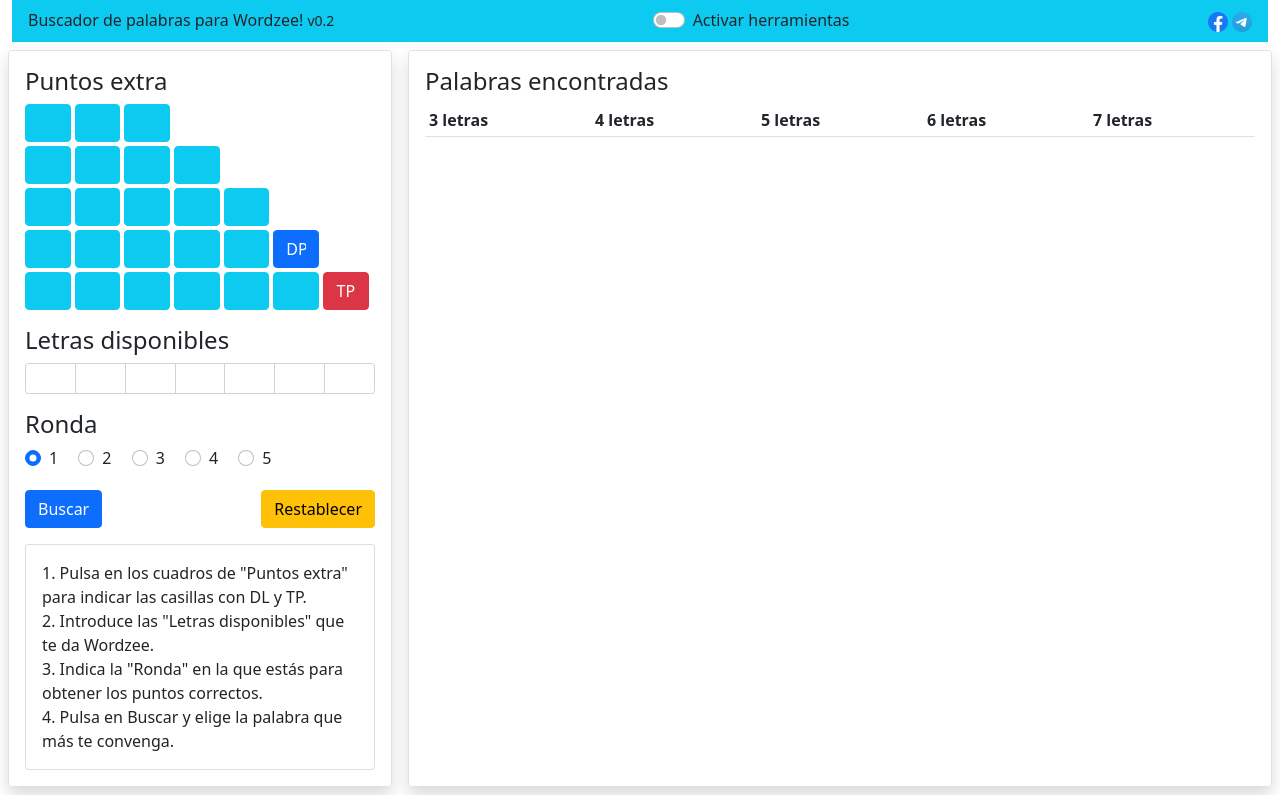
Repository: angelcafe/wordzee-bp_javascript
Page: index.html
The author's editor kept a copy of each file at every save. The page is drawn from the files as they stood at one save, then again after the next save.
The browser window is 1280 px wide. The pictures show the whole page.

Above is the page before, as saved 2021-10-25 14:43:04.

### index.html
<!DOCTYPE html>
<html lang="es">

<head>
    <meta charset="UTF-8">
    <meta name="description" content="Buscador de palabras para el juego Wordzee!.">
    <meta name="theme-color" content="#0dcaf0"/>
    <meta name="viewport" content="width=device-width, initial-scale=1">
    <meta http-equiv="Expires" content="0">
    <meta http-equiv="Last-Modified" content="0">
    <meta http-equiv="Cache-Control" content="no-cache, mustrevalidate">
    <meta http-equiv="Pragma" content="no-cache">
    <link rel="icon" href="wordzee.png" type="image/png" />
    <link rel="stylesheet" href="bootstrap.min.css">
    <link rel="stylesheet" href="index.css">
    <title>Busca palabras</title>
</head>

<body>
    <div id="liveAlertPlaceholder"></div>
    <div class="container-fluid">
        <!-- Cabecera -->
        <nav class="nav d-flex justify-content-between bg-info">
            <li class="nav-item">
                <span class="nav-link text-dark">Buscador de palabras para Wordzee! <small>v0.2</small></span>
            </li>
            <li class="nav-item">
                <div class="nav-link text-dark form-check form-switch">
                    <input class="form-check-input" type="checkbox" role="switch" id="idActivarHerramientas">
                    <label class="form-check-label" for="idActivarHerramientas">Activar herramientas</label>
                </div>
            </li>
            <li class="nav-item">
                <span class="nav-link">
                    <a href="https://www.facebook.com/BuscaPalabras-para-Wordzee-106324508497974" target="_blank" rel="noopener"><img src="facebook.png" height="20" width="20" alt="Facebook"></a>
                    <a href="https://t.me/buscadorwordzee" target="_blank" rel="noopener"><img src="telegram.png" height="20" width="20" alt="Telegram"></a>
                </span>
            </li>
        </nav>
        <div class="row">
            <!-- Principal -->
            <div class="col border shadow rounded m-2 p-3 principal">
                <form>
                    <div id="idPuntosExtra">
                        <h4>Puntos extra</h4>
                        <div class="p-0 mb-1">
                            <input type="text" name="pal3let1" class="btn btn-info" value="" readonly>
                            <input type="text" name="pal3let2" class="btn btn-info" value="" readonly>
                            <input type="text" name="pal3let3" class="btn btn-info" value="" readonly>
                        </div>
                        <div class="p-0 mb-1">
                            <input type="text" name="pal4let1" class="btn btn-info" value="" readonly>
                            <input type="text" name="pal4let2" class="btn btn-info" value="" readonly>
                            <input type="text" name="pal4let3" class="btn btn-info" value="" readonly>
                            <input type="text" name="pal4let4" class="btn btn-info" value="" readonly>
                        </div>
                        <div class="p-0 mb-1">
                            <input type="text" name="pal5let1" class="btn btn-info" value="" readonly>
                            <input type="text" name="pal5let2" class="btn btn-info" value="" readonly>
                            <input type="text" name="pal5let3" class="btn btn-info" value="" readonly>
                            <input type="text" name="pal5let4" class="btn btn-info" value="" readonly>
                            <input type="text" name="pal5let5" class="btn btn-info" value="" readonly>
                        </div>
                        <div class="p-0 mb-1">
                            <input type="text" name="pal6let1" class="btn btn-info" value="" readonly>
                            <input type="text" name="pal6let2" class="btn btn-info" value="" readonly>
                            <input type="text" name="pal6let3" class="btn btn-info" value="" readonly>
                            <input type="text" name="pal6let4" class="btn btn-info" value="" readonly>
                            <input type="text" name="pal6let5" class="btn btn-info" value="" readonly>
                            <input type="text" name="pal6let6" class="btn btn-info" value="" readonly>
                        </div>
                        <div class="p-0 mb-3">
                            <input type="text" name="pal7let1" class="btn btn-info" value="" readonly>
                            <input type="text" name="pal7let2" class="btn btn-info" value="" readonly>
                            <input type="text" name="pal7let3" class="btn btn-info" value="" readonly>
                            <input type="text" name="pal7let4" class="btn btn-info" value="" readonly>
                            <input type="text" name="pal7let5" class="btn btn-info" value="" readonly>
                            <input type="text" name="pal7let6" class="btn btn-info" value="" readonly>
                            <input type="text" name="pal7let7" class="btn btn-info" value="" readonly>
                        </div>
                    </div>
                    <div id="idLetrasDisponibles">
                        <h4>Letras disponibles</h4>
                        <div class="input-group input-group-sm mb-3" id="letras">
                            <input type="text" name="letra1" size="1" maxlength="1" autocomplete="off" required="required" class="form-control text-uppercase" value="">
                            <input type="text" name="letra2" size="1" maxlength="1" autocomplete="off" required="required" class="form-control text-uppercase" value="">
                            <input type="text" name="letra3" size="1" maxlength="1" autocomplete="off" required="required" class="form-control text-uppercase" value="">
                            <input type="text" name="letra4" size="1" maxlength="1" autocomplete="off" required="required" class="form-control text-uppercase" value="">
                            <input type="text" name="letra5" size="1" maxlength="1" autocomplete="off" required="required" class="form-control text-uppercase" value="">
                            <input type="text" name="letra6" size="1" maxlength="1" autocomplete="off" required="required" class="form-control text-uppercase" value="">
                            <input type="text" name="letra7" size="1" maxlength="1" autocomplete="off" required="required" class="form-control text-uppercase" value="">
                        </div>
                    </div>
                    <div id="idRonda">
                        <h4>Ronda</h4>
                        <div class="form-check form-check-inline mb-3">
                            <input type="radio" name="ronda" value="1" class="form-check-input" checked>
                            <label class="form-check-label" for="idRonda1">1</label>
                        </div>
                        <div class="form-check form-check-inline mb-3">
                            <input type="radio" name="ronda" value="2" class="form-check-input">
                            <label class="form-check-label" for="idRonda2">2</label>
                        </div>
                        <div class="form-check form-check-inline mb-3">
                            <input type="radio" name="ronda" value="3" class="form-check-input">
                            <label class="form-check-label" for="idRonda3">3</label>
                        </div>
                        <div class="form-check form-check-inline mb-3">
                            <input type="radio" name="ronda" value="4" class="form-check-input">
                            <label class="form-check-label" for="idRonda4">4</label>
                        </div>
                        <div class="form-check form-check-inline mb-3">
                            <input type="radio" name="ronda" value="5" class="form-check-input">
                            <label class="form-check-label" for="idRonda5">5</label>
                        </div>
                    </div>
                    <div id="idBotones">
                        <div class="btn-toolbar justify-content-between mt-1">
                            <button type="button" class="btn btn-primary" onclick="buscarPalabras()">Buscar</button>
                            <button type="button" class="btn btn-warning" onclick="restablecer()">Restablecer</button>
                        </div>
                    </div>
                </form>
                <div class="card mt-3">
                    <div class="card-body">
                        1. Pulsa en los cuadros de "Puntos extra" para indicar las casillas con DL y TP.
                        <br>
                        2. Introduce las "Letras disponibles" que te da Wordzee.
                        <br>
                        3. Indica la "Ronda" en la que estás para obtener los puntos correctos.
                        <br>
                        4. Pulsa en Buscar y elige la palabra que más te convenga.
                    </div>
                </div>
            </div>
            <!-- Herramientas -->
            <div class="col border shadow rounded m-2 p-3 herramientas">
                <div id="idHerramientas">
                    <h4>Herramientas</h4>
                    <form class="row">
                        <div class="col">Palabra nueva:</div>
                        <div class="col">
                            <input name="palabraGuardar" id="palabraGuardar" type="text" minlength="3" maxlength="7" autocomplete="off" class="form-control text-uppercase" value="">
                        </div>
                        <div class="col">
                            <button id="idGuardar" type="button" class="btn btn-primary">Guardar</button>
                        </div>
                    </form>
                    <form class="row mt-3">
                        <div class="col">Borrar palabra:</div>
                        <div class="col">
                            <input name="palabraBorrar" id="palabraBorrar" type="text" minlength="3" maxlength="7" autocomplete="off" class="form-control text-uppercase" value="">
                        </div>
                        <div class="col">
                            <button id="idBorrar" type="button" class="btn btn-danger">Borrar</button>
                        </div>
                    </form>
                    <form class="row mt-3">
                        <div class="col">Exportar JSON:</div>
                        <div class="col"></div>
                        <div class="col">
                            <button type="button" onclick="palabras.exportar()" class="btn btn-primary">Exportar</button>
                        </div>
                    </form>
                    <form class="row mt-3">
                        <div class="col">Importar JSON:</div>
                        <div class="col custom-file">
                            <input type="file" class="form-control" accept=".json" id="formFile">
                            <label class="form-label" for="formFile" data-browse="Elegir"></label>
                        </div>
                        <div class="col input-group-append">
                            <button type="button" class="btn btn-warning" onclick="palabras.importar()">Importar</button>
                        </div>
                    </form>
                </div>
            </div>
            <div class="border col m-2 p-3 shadow rounded">
                <!-- Palabras sugeridas -->
                <!-- <h4>Palabras sugeridas</h4>
                <table class="table table-sm table-striped table-hover">
                    <thead>
                        <tr>
                            <th>3 letras</th>
                            <th>4 letras</th>
                            <th>5 letras</th>
                            <th>6 letras</th>
                            <th>7 letras</th>
                        </tr>
                    </thead>
                    <tbody>
                        <tr>
                            <td class="noselect"></td>
                            <td class="noselect"></td>
                            <td class="noselect"></td>
                            <td class="noselect"></td>
                            <td class="noselect"></td>
                        </tr>
                    </tbody>
                </table> -->
                <!-- Palabras encontradas -->
                <h4>Palabras encontradas</h4>
                <table class="table table-sm table-striped table-hover">
                    <thead>
                        <tr>
                            <th>3 letras</th>
                            <th>4 letras</th>
                            <th>5 letras</th>
                            <th>6 letras</th>
                            <th>7 letras</th>
                        </tr>
                    </thead>
                    <tbody id="idPalabrasEncontradas"></tbody>
                </table>
            </div>
        </div>
    </div>
    <div id="modalAlert" class="modal fade" tabindex="-1">
        <div class="modal-dialog">
            <div class="modal-content">
                <div class="modal-header">
                    <h5 class="modal-title"></h5>
                    <button type="button" class="close" data-dismiss="modal" aria-label="Close"></button>
                </div>
                <div class="modal-body">
                    <p>Importación finalizada.</p>
                </div>
                <div class="modal-footer">
                    <button type="button" class="close" data-dismiss="modal" aria-label="Cerrar">
                        <span aria-hidden="true">&times;</span>
                    </button>
                </div>
            </div>
        </div>
    </div>
    <div id="menu">
        <div>
            <i class="bi bi-eraser-fill"></i> Borrar <span id="idBorrarPalabra"></span> de la Base de Datos
        </div>
    </div>
    <script defer src="bootstrap.bundle.min.js"></script>
    <script defer src="index.min.js"></script>
</body>

</html>

### index.css
.herramientas {
    display: none;
    max-width: 26em;
    min-width: 26em;
}
.noselect {
    -webkit-touch-callout: none; /* iOS Safari */
    -webkit-user-select: none; /* Safari */
    -khtml-user-select: none; /* Konqueror HTML */
    -moz-user-select: none; /* Firefox */
    -ms-user-select: none; /* Internet Explorer/Edge */
    user-select: none; /* Non-prefixed version, currently
    supported by Chrome and Opera */
}
.palenc {
    cursor: pointer;
}
.principal {
    max-width: 24em;
    min-width: 24em;
}
.rosa {
    background-color: pink;
}
#idPuntosExtra input {
    width: 13%;
}
#idBorrarPalabra,
#idBotonBuscaPalabras {
    cursor: pointer;
}
#menu {
    position: absolute;
    display: none;
    padding: 0px;
    font-family: sans-serif;
    font-size: 15px;
    background: #fff;
    color: #555;
    border: 1px solid #C6C6C6;
    -webkit-transition: opacity .5s ease-in-out;
    -moz-transition: opacity .5s ease-in-out;
    transition: opacity .5s ease-in-out;
    -webkit-box-shadow: 2px 2px 2px 0px rgba(143, 144, 145, 1);
    -moz-box-shadow: 2px 2px 2px 0px rgba(143, 144, 145, 1);
    box-shadow: 2px 2px 2px 0px rgba(143, 144, 145, 1);
}
#menu div {
    display: block;
    color: #555;
    text-decoration: none;
    padding: 6px 8px 6px 8px;
    width: 294px;
    position: relative;
}
#menu div img,
#menu div i.fa {
    height: 20px;
    font-size: 17px;
    width: 20px;
    position: absolute;
    left: 5px;
    top: 2px;
}
#menu span:hover {
    color: #fff;
    background: #69a0f1;
}
#menu span {
    font-weight: bold;
}

### index.min.css
.herramientas{display:none;max-width:26em;min-width:26em}.noselect{-webkit-touch-callout:none;-webkit-user-select:none;-khtml-user-select:none;-moz-user-select:none;-ms-user-select:none;user-select:none}.palenc{cursor:pointer}.principal{min-width:23.6em}.rosa{background-color:pink}#idBorrarPalabra,#idBotonBuscaPalabras{cursor:pointer}#idPuntosExtra input,#letras input{flex:0;height:2.78em;min-width:inherit;width:2.83em}#menu{position:absolute;display:none;padding:0;font-family:sans-serif;font-size:15px;background:#fff;color:#555;border:1px solid #c6c6c6;-webkit-transition:opacity .5s ease-in-out;-moz-transition:opacity .5s ease-in-out;transition:opacity .5s ease-in-out;-webkit-box-shadow:2px 2px 2px 0 rgba(143,144,145,1);-moz-box-shadow:2px 2px 2px 0 rgba(143,144,145,1);box-shadow:2px 2px 2px 0 rgba(143,144,145,1)}#menu div{display:block;color:#555;text-decoration:none;padding:6px 8px 6px 8px;width:294px;position:relative}#menu div i.fa,#menu div img{height:20px;font-size:17px;width:20px;position:absolute;left:5px;top:2px}#menu span:hover{color:#fff;background:#69a0f1}#menu span{font-weight:700}

Loaded but not shown: bootstrap.min.css (library); bootstrap.bundle.min.js (library); index.min.js (library)

After the next save:
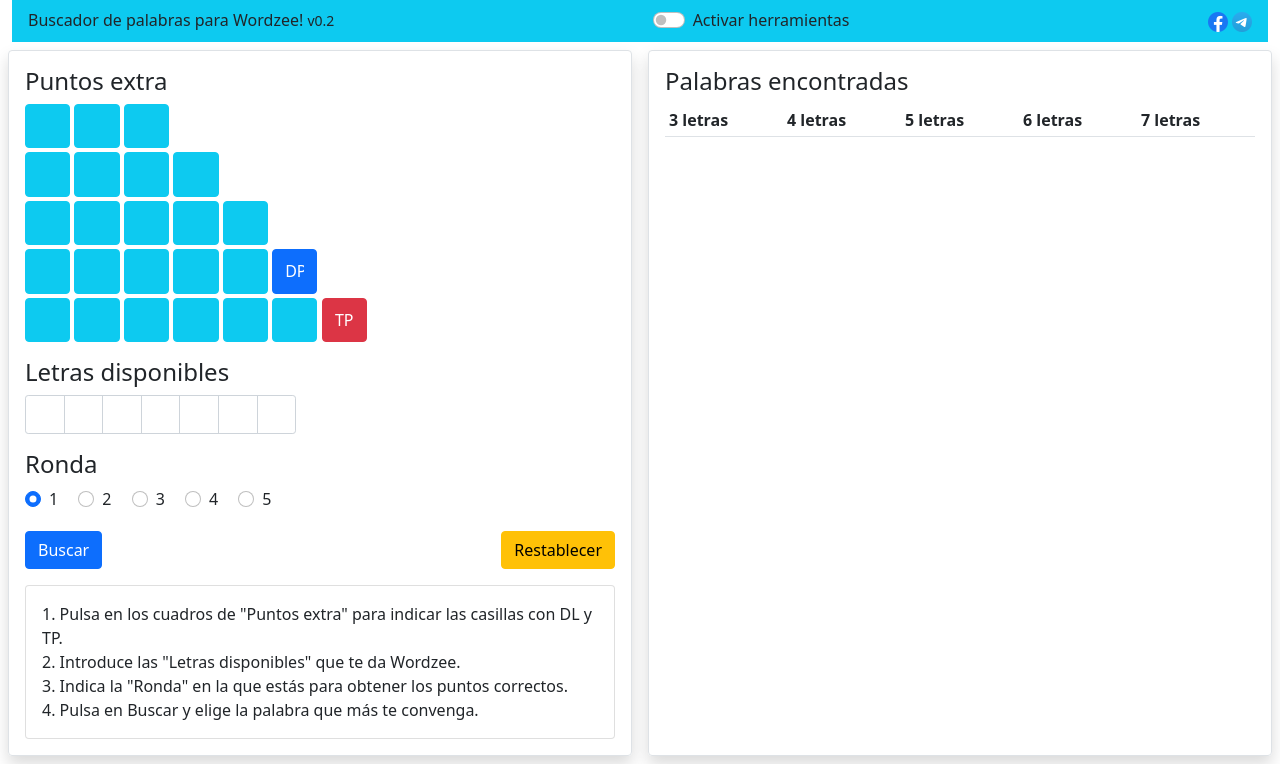
Saved 3 min 47 s later.
--- a/index.html
+++ b/index.html
@@ -12,7 +12,7 @@
     <meta http-equiv="Pragma" content="no-cache">
     <link rel="icon" href="wordzee.png" type="image/png" />
     <link rel="stylesheet" href="bootstrap.min.css">
-    <link rel="stylesheet" href="index.css">
+    <link rel="stylesheet" href="index.min.css">
     <title>Busca palabras</title>
 </head>
 
